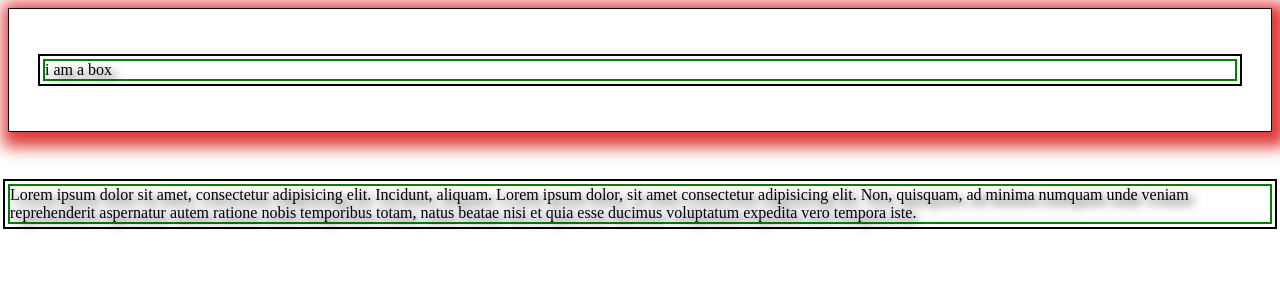
Repository: diensy/Web_dev
Page: Css/Shadows/shadow.html
These files come from the project's save history. The page is drawn as it stood at one moment and after the next save; the edit follows.
The browser window is 1280 px wide. The pictures show the whole page.

Above is the page before, as saved 2024-05-25 22:42:09.

### Css/Shadows/shadow.html
<!DOCTYPE html>
<html lang="en">
  <head>
    <meta charset="UTF-8" />
    <meta name="viewport" content="width=device-width, initial-scale=1.0" />
    <title>shadow</title>
    <link rel="stylesheet" href="shadow.css" />
  </head>
  <body>
    <div class="box">
      <p>i am a box</p>
    </div>
    <br />
    <br />
    <p>
      Lorem ipsum dolor sit amet, consectetur adipisicing elit. Incidunt,
      aliquam. Lorem ipsum dolor, sit amet consectetur adipisicing elit. Non,
      quisquam, ad minima numquam unde veniam reprehenderit aspernatur autem
      ratione nobis temporibus totam, natus beatae nisi et quia esse ducimus
      voluptatum expedita vero tempora iste.
    </p>
  </body>
</html>

### Css/Shadows/shadow.css
.box {
  border: 1px solid black;
  padding: 34px;
  box-shadow: 5px 5px 15px 10px rgba(214, 1, 1, 0.772);
}
p {
  text-shadow: 5px 5px 10px #312a2a;
  outline: 2px solid black;
  border: 2px solid green;
  outline-offset: 3px;
}

After the next save:
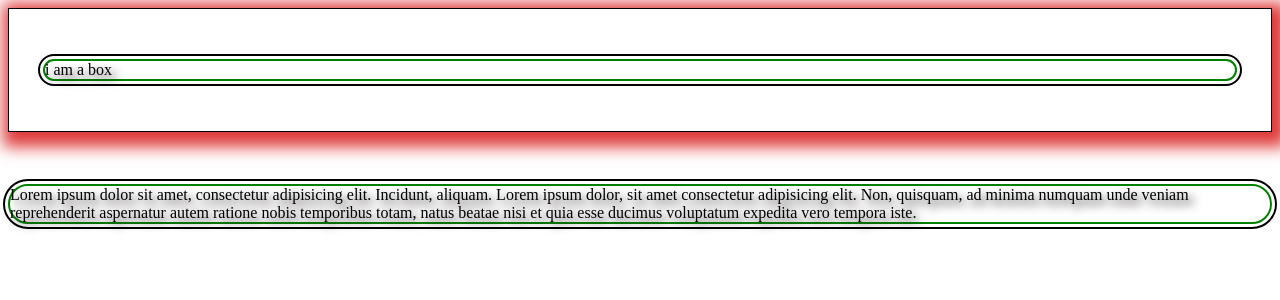
Saved 2 min 12 s later.
--- a/Css/Shadows/shadow.css
+++ b/Css/Shadows/shadow.css
@@ -7,5 +7,6 @@ p {
   text-shadow: 5px 5px 10px #312a2a;
   outline: 2px solid black;
   border: 2px solid green;
+  border-radius: 34px;
   outline-offset: 3px;
 }
